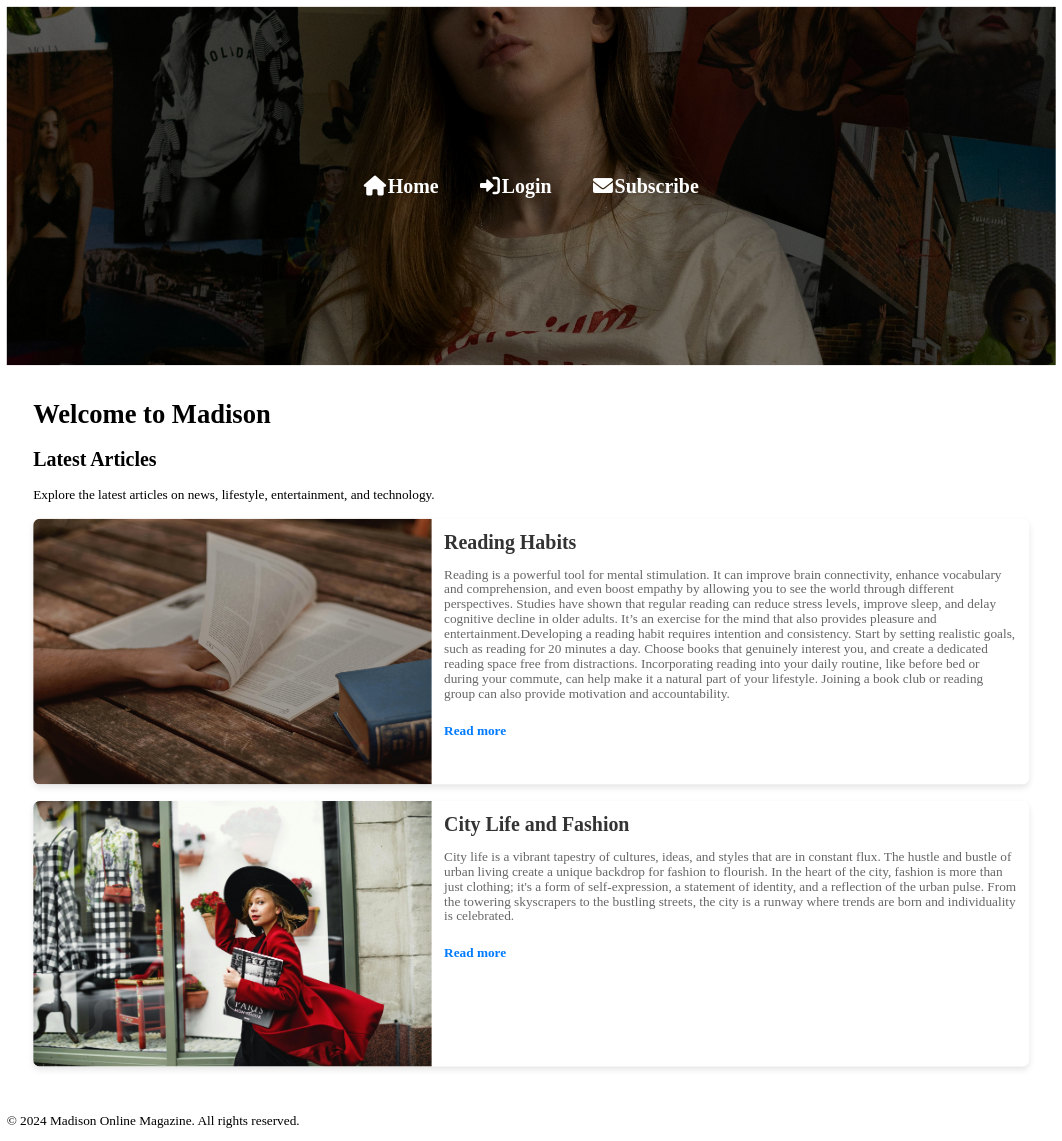
Repository: Anukb/Madison-Magazine-
Page: http://localhost/
These files come from the project's save history. The page is drawn as it stood at one moment and after the next save; the edit follows.
The browser window is 1280 px wide. The pictures show the whole page, at 83% of full size.
The page is served by the project's application, run on Django 5.2 (manage.py).

Above is the page before, as saved 2024-08-13 06:51:48.

After the next save:
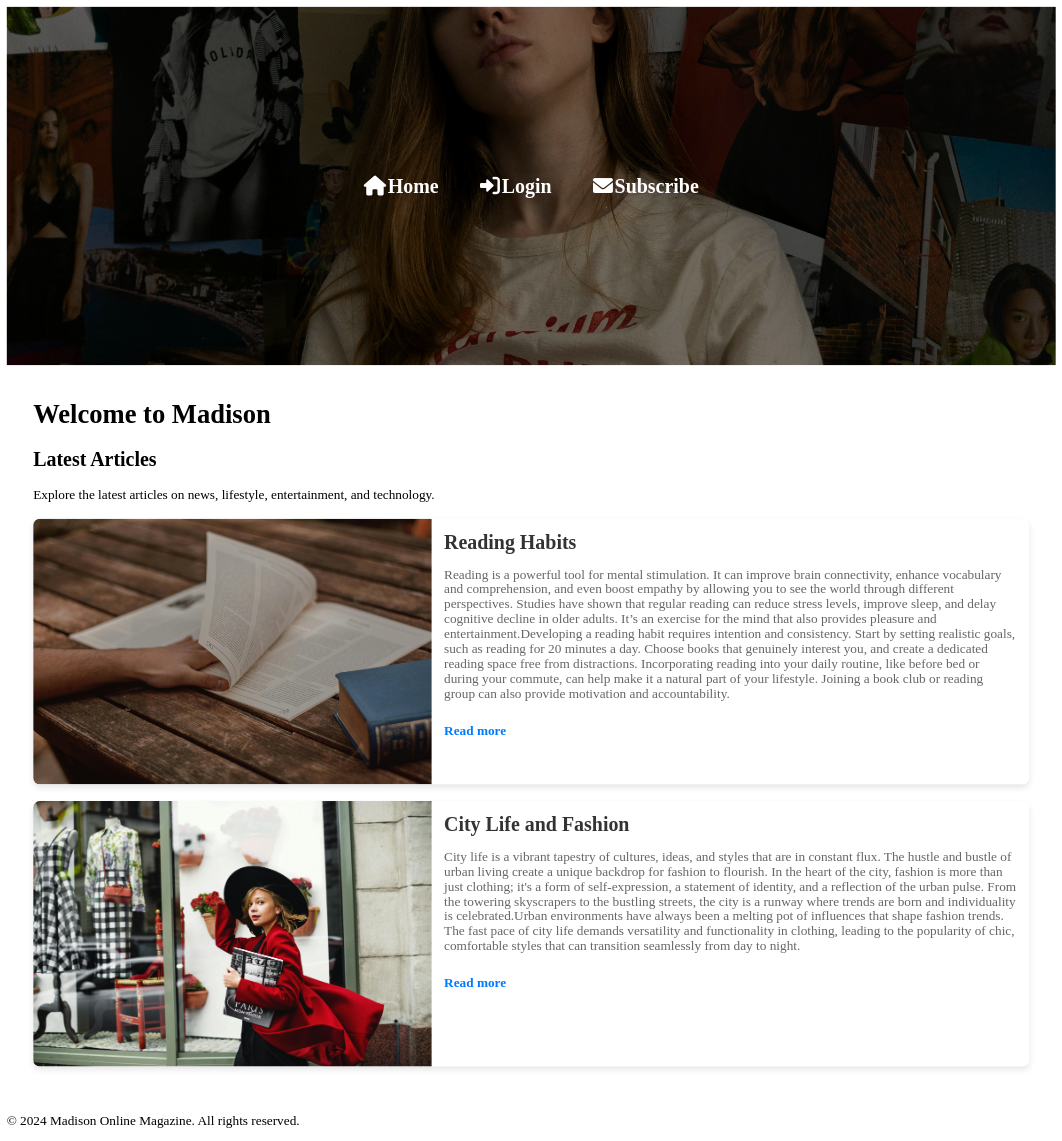
Saved 21 s later.
--- a/myapp/templates/home.html
+++ b/myapp/templates/home.html
@@ -44,7 +44,7 @@
                     <img src="{% static 'images/img4.jpg' %}" alt="Article 2 Image" class="card-img">
                     <div class="card-content">
                         <h3>City Life and Fashion</h3>
-                        <p>City life is a vibrant tapestry of cultures, ideas, and styles that are in constant flux. The hustle and bustle of urban living create a unique backdrop for fashion to flourish. In the heart of the city, fashion is more than just clothing; it's a form of self-expression, a statement of identity, and a reflection of the urban pulse. From the towering skyscrapers to the bustling streets, the city is a runway where trends are born and individuality is celebrated.</p>
+                        <p>City life is a vibrant tapestry of cultures, ideas, and styles that are in constant flux. The hustle and bustle of urban living create a unique backdrop for fashion to flourish. In the heart of the city, fashion is more than just clothing; it's a form of self-expression, a statement of identity, and a reflection of the urban pulse. From the towering skyscrapers to the bustling streets, the city is a runway where trends are born and individuality is celebrated.Urban environments have always been a melting pot of influences that shape fashion trends. The fast pace of city life demands versatility and functionality in clothing, leading to the popularity of chic, comfortable styles that can transition seamlessly from day to night. </p>
                         <a href="#" class="read-more">Read more</a>
                     </div>
                 </div>
